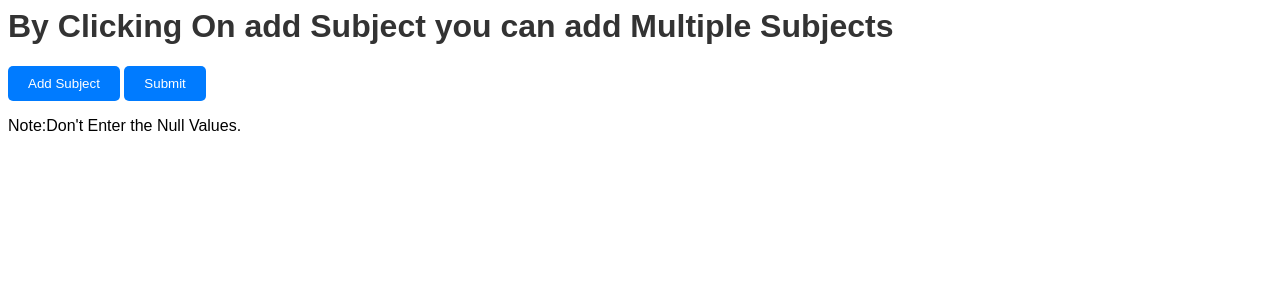
Repository: meghanathG/cgpa-calculator
Page: http://localhost/CGPACalculator/subjects.jsp
The author's editor kept a copy of each file at every save. The page is drawn from the files as they stood at one save, then again after the next save.
The browser window is 1280 px wide. The pictures show the whole page.
The page is served by Tomcat 9.

Above is the page before, as saved 2024-06-09 05:17:37.

After the next save:
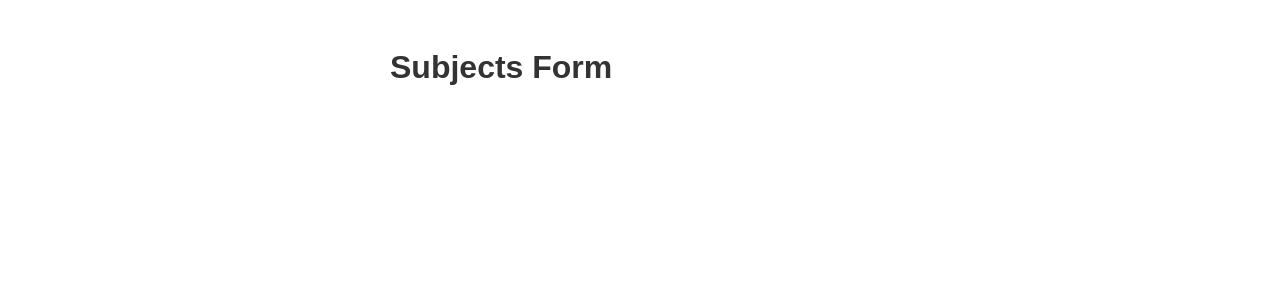
Not found: CGPACalculator/CGPACalculator/path/to/your/background-image.jpg
Saved 110 s later.
--- a/CGPACalculator/src/main/webapp/subjects.jsp
+++ b/CGPACalculator/src/main/webapp/subjects.jsp
@@ -4,11 +4,22 @@
 <head>
     <title>Subjects Form</title>
     <style>
+        /* CSS styles */
         body {
+            background-image: url('path/to/your/background-image.jpg');
+            background-size: cover;
+            background-repeat: no-repeat;
             font-family: Arial, sans-serif;
         }
         h1 {
             color: #333;
+        }
+        .form-container {
+            background-color: rgba(255, 255, 255, 0.8); /* semi-transparent white background */
+            padding: 20px;
+            border-radius: 10px;
+            max-width: 500px;
+            margin: 0 auto;
         }
         .form-group {
             margin-bottom: 15px;
@@ -37,37 +48,15 @@
         }
     </style>
     <script>
-        function addSubject() {
-            const subjectForm = document.getElementById('subjectForm');
-            const newSubject = document.createElement('div');
-            newSubject.className = 'form-group';
-            const subjectCount = document.querySelectorAll('.form-group').length;
-            newSubject.innerHTML = `
-                <label>Grade:</label>
-                <input type="number" name="subjects[${subjectCount}].grade" class="form-control" step="1"/>
-                <label>Credit:</label>
-                <input type="number" name="subjects[${subjectCount}].credit" class="form-control" step="0.1"/>
-            `;
-            subjectForm.insertBefore(newSubject, document.getElementById('addButton'));
-        }
+        // JavaScript functions
     </script>
 </head>
 <body>
-    <h1>By Clicking On add Subject you can add Multiple Subjects</h1>
-    <form action="${pageContext.request.contextPath}/subjects" method="post" id="subjectForm">
-        <c:forEach items="${subjectForm.subjects}" var="subject" varStatus="status">
-            <div class="form-group">
-                <label>Grade:</label>
-                <input type="number" name="subjects[${status.index}].grade" value="${subject.grade}" class="form-control" step="1"/>
-                <label>Credit:</label>
-                <input type="number" name="subjects[${status.index}].credit" value="${subject.credit}" class="form-control" step="0.1"/>
-            </div>
-        </c:forEach>
-        <button type="button" id="addButton" onclick="addSubject()">Add Subject</button>
-        <button type="submit">Submit</button>
-    </form>
-    <footer>
-    Note:Don't Enter the Null Values.
-    </footer>
+    <div class="form-container">
+        <h1>Subjects Form</h1>
+        <form action="${pageContext.request.contextPath}/subjects" method="post" id="subjectForm">
+            <!-- Form elements -->
+        </form>
+    </div>
 </body>
 </html>

After the save that followed:
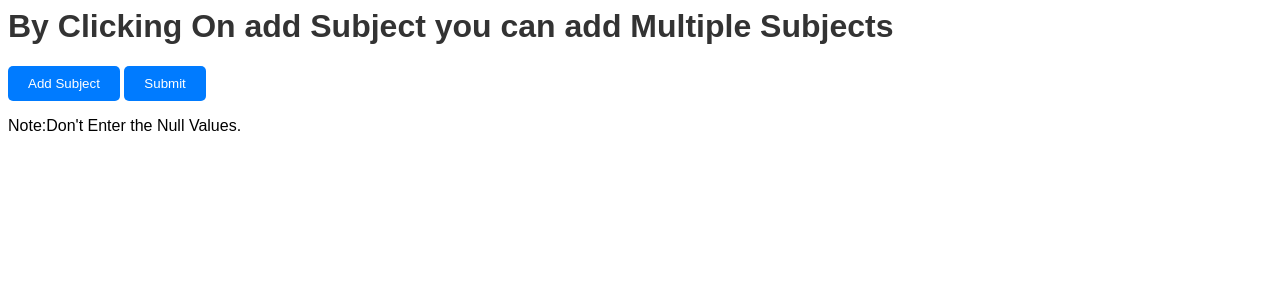
Saved 9 s later.
--- a/CGPACalculator/src/main/webapp/subjects.jsp
+++ b/CGPACalculator/src/main/webapp/subjects.jsp
@@ -4,22 +4,11 @@
 <head>
     <title>Subjects Form</title>
     <style>
-        /* CSS styles */
         body {
-            background-image: url('path/to/your/background-image.jpg');
-            background-size: cover;
-            background-repeat: no-repeat;
             font-family: Arial, sans-serif;
         }
         h1 {
             color: #333;
-        }
-        .form-container {
-            background-color: rgba(255, 255, 255, 0.8); /* semi-transparent white background */
-            padding: 20px;
-            border-radius: 10px;
-            max-width: 500px;
-            margin: 0 auto;
         }
         .form-group {
             margin-bottom: 15px;
@@ -48,15 +37,37 @@
         }
     </style>
     <script>
-        // JavaScript functions
+        function addSubject() {
+            const subjectForm = document.getElementById('subjectForm');
+            const newSubject = document.createElement('div');
+            newSubject.className = 'form-group';
+            const subjectCount = document.querySelectorAll('.form-group').length;
+            newSubject.innerHTML = `
+                <label>Grade:</label>
+                <input type="number" name="subjects[${subjectCount}].grade" class="form-control" step="1"/>
+                <label>Credit:</label>
+                <input type="number" name="subjects[${subjectCount}].credit" class="form-control" step="0.1"/>
+            `;
+            subjectForm.insertBefore(newSubject, document.getElementById('addButton'));
+        }
     </script>
 </head>
 <body>
-    <div class="form-container">
-        <h1>Subjects Form</h1>
-        <form action="${pageContext.request.contextPath}/subjects" method="post" id="subjectForm">
-            <!-- Form elements -->
-        </form>
-    </div>
+    <h1>By Clicking On add Subject you can add Multiple Subjects</h1>
+    <form action="${pageContext.request.contextPath}/subjects" method="post" id="subjectForm">
+        <c:forEach items="${subjectForm.subjects}" var="subject" varStatus="status">
+            <div class="form-group">
+                <label>Grade:</label>
+                <input type="number" name="subjects[${status.index}].grade" value="${subject.grade}" class="form-control" step="1"/>
+                <label>Credit:</label>
+                <input type="number" name="subjects[${status.index}].credit" value="${subject.credit}" class="form-control" step="0.1"/>
+            </div>
+        </c:forEach>
+        <button type="button" id="addButton" onclick="addSubject()">Add Subject</button>
+        <button type="submit">Submit</button>
+    </form>
+    <footer>
+    Note:Don't Enter the Null Values.
+    </footer>
 </body>
 </html>
